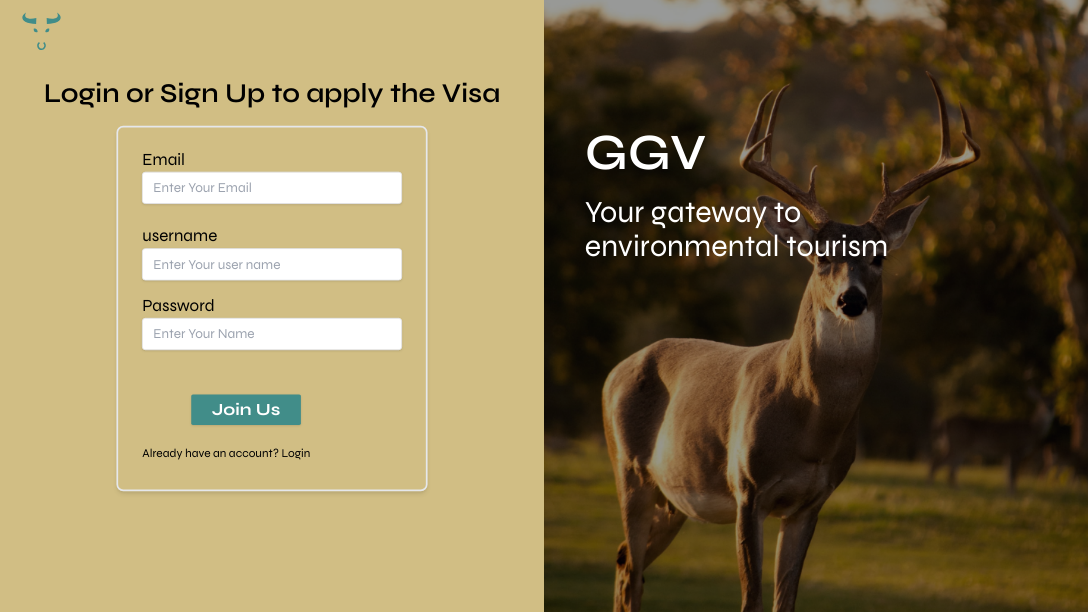
Repository: EngrAhmadUmar/landing-page
Page: /register
An editor plug-in stored every save of this project. The page is shown before and after the next save, followed by the edit.
The browser window is 1280 px wide. The pictures show the whole page, at 85% of full size.
The project was rebuilt for these pictures with package versions that can differ from the ones it lists, and the page was loaded fresh each time. The framework's server and built-in components were replaced by stand-ins that run in the browser. Also part of the build but not shown: next.config.js, styles/Home.module.css, src/Queries/conservationAreas.jsx, src/mutations/ApplyVisa.js, src/Queries/areaOfConservationQuery.js, src/Components/GetConservationAreas.js, src/Components/ApplyPageComponents/ApplyForm.jsx, src/Components/ApplyPageComponents/FormButton.jsx and 1 more.

Above is the page before, as saved 2022-07-12 09:49:24.

After the next save:
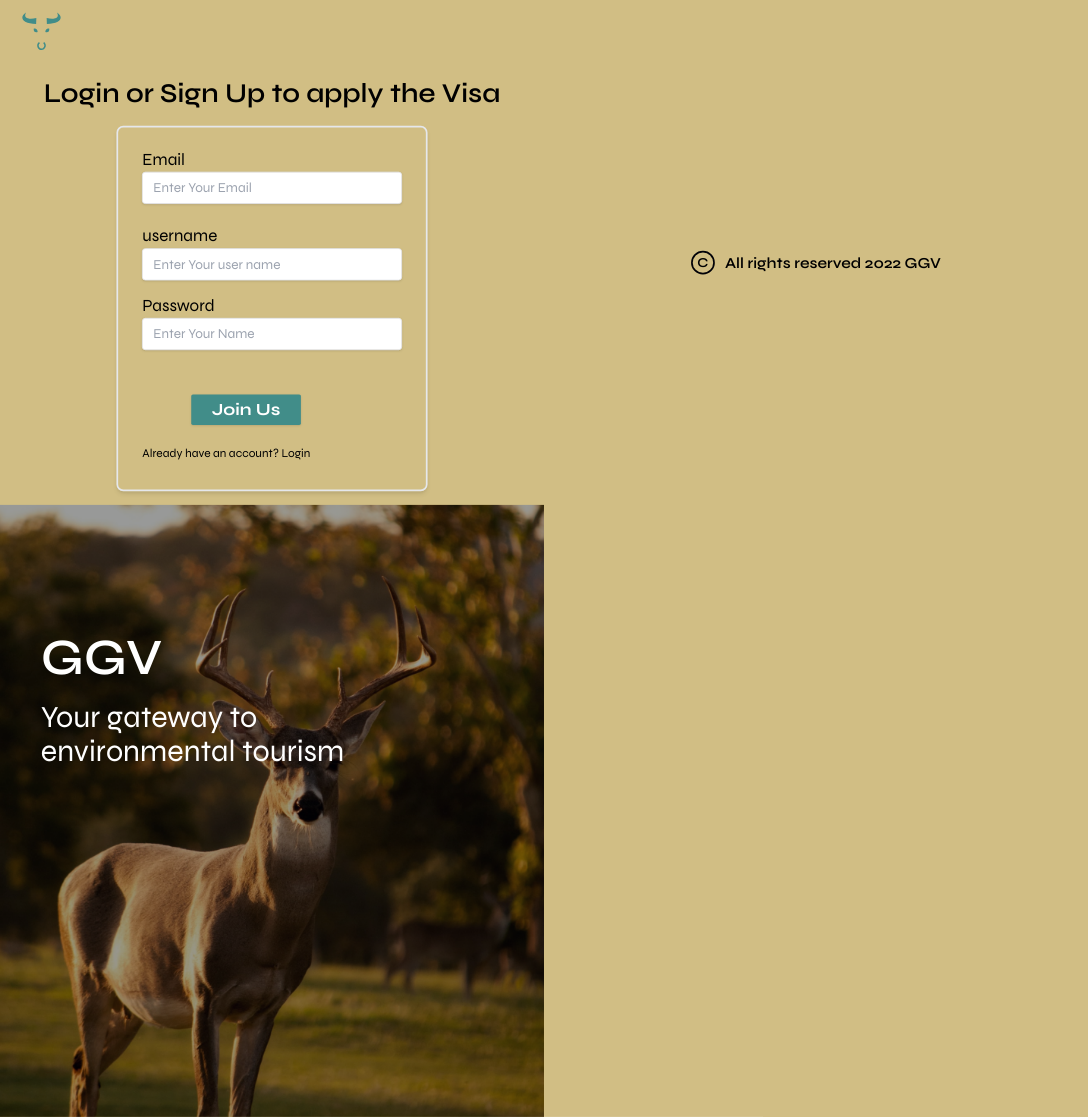
Saved 85 s later.
--- a/src/Components/ApplyPageComponents/RegisterForm.jsx
+++ b/src/Components/ApplyPageComponents/RegisterForm.jsx
@@ -120,6 +120,13 @@ const JoinUs = () => {
           </div>
         </div>
 
+        <div className=" font-semibold flex justify-center items-center gap-3 mt-[3rem] mb-6">
+          <div className="text-md border-solid border-2 rounded-full w-5 h-5 flex justify-center items-center border-black p-3">
+            C
+          </div>
+          <div className="text-xs md:text-lg">All rights reserved 2022 GGV</div>
+        </div>
+
         <div className="md:flex hidden text-white bg-[url('/apply_for_visa_bg.png')]  bg-cover bg-no-repeat sm:bg-center md:bg-bottom lg:bg-bottom xl:bg-bottom 2xl:center h-[100vh]">
           <div className="mt-[50px] md:mt-[150px] mx-4 md:mx-12">
             <h3 className="  text-4xl md:text-5xl lg:text-6xl font-semibold">

After the save that followed:
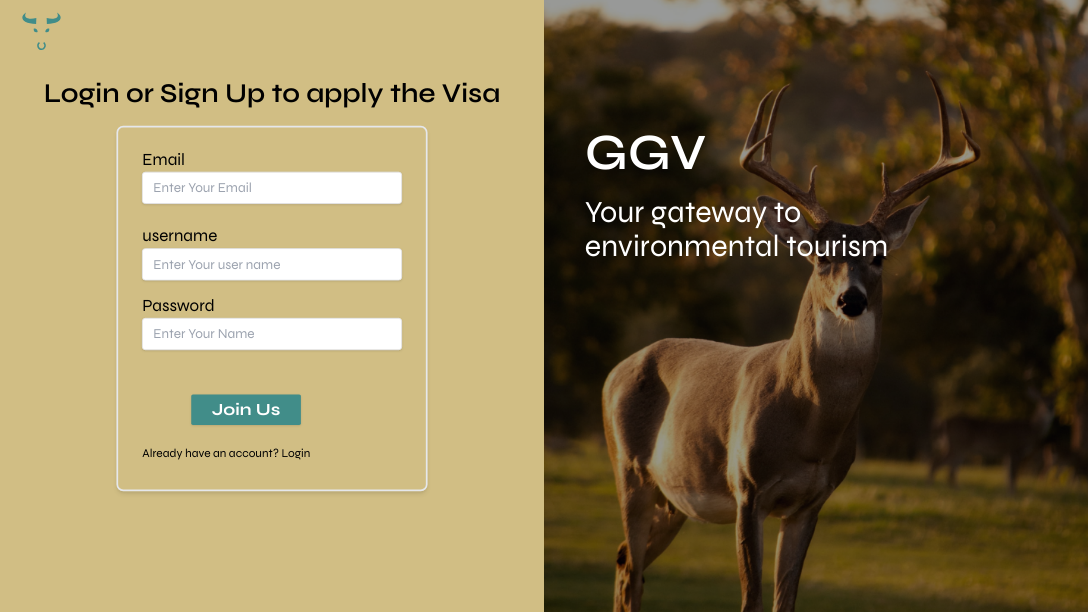
Saved 9 s later.
--- a/src/Components/ApplyPageComponents/RegisterForm.jsx
+++ b/src/Components/ApplyPageComponents/RegisterForm.jsx
@@ -120,13 +120,6 @@ const JoinUs = () => {
           </div>
         </div>
 
-        <div className=" font-semibold flex justify-center items-center gap-3 mt-[3rem] mb-6">
-          <div className="text-md border-solid border-2 rounded-full w-5 h-5 flex justify-center items-center border-black p-3">
-            C
-          </div>
-          <div className="text-xs md:text-lg">All rights reserved 2022 GGV</div>
-        </div>
-
         <div className="md:flex hidden text-white bg-[url('/apply_for_visa_bg.png')]  bg-cover bg-no-repeat sm:bg-center md:bg-bottom lg:bg-bottom xl:bg-bottom 2xl:center h-[100vh]">
           <div className="mt-[50px] md:mt-[150px] mx-4 md:mx-12">
             <h3 className="  text-4xl md:text-5xl lg:text-6xl font-semibold">
